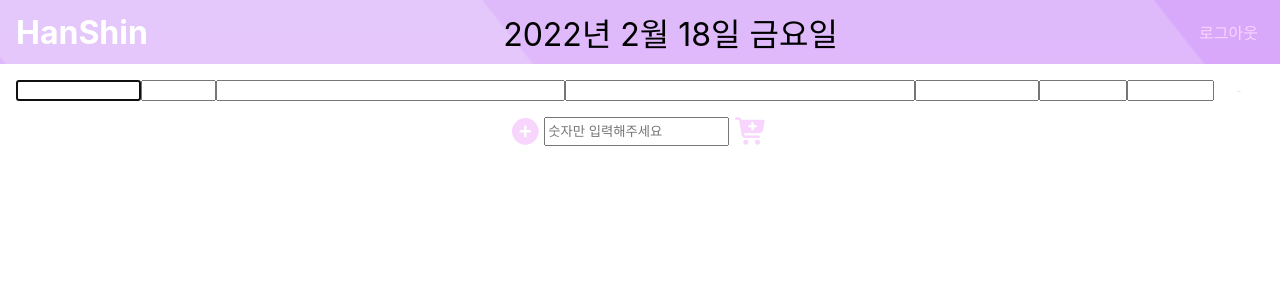
Repository: SeungYn/hanshinClient
Page: /add
The author's editor kept a copy of each file at every save. The page is drawn from the files as they stood at one save, then again after the next save.
The browser window is 1280 px wide. The pictures show the whole page.
The first visible `input` has the focus.
The project was rebuilt for these pictures with package versions that can differ from the ones it lists, and the page was loaded fresh each time. Also part of the build but not shown: src/App.css, src/components/item/item.jsx, src/components/package/package.module.css, src/components/package/package.jsx.

Above is the page before, as saved 2022-02-20 03:12:01.

### public/index.html
<!DOCTYPE html>
<html lang="en">
  <head>
    <meta charset="utf-8" />
    <link rel="icon" href="%PUBLIC_URL%/favicon.ico" />
    <meta name="viewport" content="width=device-width, initial-scale=1" />
    <meta name="theme-color" content="#000000" />
    <meta
      name="description"
      content="Web site created using create-react-app"
    />
  </head>
  <body>
    <div id="root"></div>
  </body>
</html>

### src/index.js
import React from 'react';
import ReactDOM from 'react-dom';
import './index.css';
import App from './App';
import { BrowserRouter } from 'react-router-dom';
ReactDOM.render(
  <React.StrictMode>
    <BrowserRouter>
      <App />
    </BrowserRouter>
  </React.StrictMode>,
  document.getElementById('root')
);

### src/index.css
html {
  height: 100%;
}
body {
  margin: 0;
  font-family: -apple-system, BlinkMacSystemFont, 'Segoe UI', 'Roboto', 'Oxygen',
    'Ubuntu', 'Cantarell', 'Fira Sans', 'Droid Sans', 'Helvetica Neue',
    sans-serif;
  -webkit-font-smoothing: antialiased;
  -moz-osx-font-smoothing: grayscale;
  height: 100%;
}
h1 {
  margin: 0;
}
code {
  font-family: source-code-pro, Menlo, Monaco, Consolas, 'Courier New',
    monospace;
}

* {
  box-sizing: border-box;
}
p,
h2 {
  margin: 0;
  padding: 0;
}

ul {
  list-style: none;
  margin: 0;
  padding: 0;
}

### src/App.jsx
import './App.css';
import Header from './components/header/header';
import Package from './components/package/package';
import { Route, Routes } from 'react-router-dom';
import AddBoxs from './addboxs/addBoxs';
function App() {
  return (
    <div className='app'>
      <Header />
      <Routes>
        <Route exact path='/' element={<Package />} />
        <Route exact path='/add' element={<AddBoxs />} />
      </Routes>
    </div>
  );
}

export default App;

### src/components/header/header.jsx
import React, { useEffect, useState } from 'react';
import styles from './header.module.css';

const Header = (props) => {
  const [date, setDate] = useState(new Date());
  const [month, setMonth] = useState('');
  const [year, setYear] = useState('');
  const [day, setDay] = useState('');
  const [dates, setDates] = useState('');

  useEffect(() => {
    setMonth(date.getMonth() + 1);
    switch (date.getDay()) {
      case 0:
        setDay('일');
        break;
      case 1:
        setDay('월');
        break;
      case 2:
        setDay('화');
        break;
      case 3:
        setDay('수');
        break;
      case 4:
        setDay('목');
        break;
      case 5:
        setDay('금');
        break;
      case 6:
        setDay('토');
        break;
    }
    setYear(date.getFullYear());
    setDates(date.getDate());
  }, [date, month, year, dates, day]);

  return (
    <header className={styles.header}>
      <h1 className={styles.title}>HanShin</h1>
      <p
        className={styles.day}
      >{`${year}년 ${month}월 ${dates}일 ${day}요일`}</p>
      <nav className={styles.menu}>
        <button className={styles.menu__item}>로그아웃</button>
      </nav>
    </header>
  );
};

export default Header;

### src/addboxs/addBoxs.jsx
import React, { useRef, useState } from 'react';
import styles from './addBoxs.module.css';
import { FontAwesomeIcon } from '@fortawesome/react-fontawesome';
import { faCirclePlus, faCartPlus } from '@fortawesome/free-solid-svg-icons';

const AddBoxs = (props) => {
  const [boxList, setBoxList] = useState([
    {
      date: '',
      kind: '',
      sender: '',
      receiver: '',
      receivedDate: '',
      position: '',
      name: '',
    },
  ]);

  const countRef = useRef();

  const onSubmit = (e) => {
    e.console.log(1);
  };

  const onChange = (event, index) => {
    const boxs = [...boxList];
    const name = event.currentTarget.name;
    const value = event.currentTarget.value;

    boxs[index][name] = value;
    setBoxList(boxs);

    // switch (name) {
    //   case 'date':
    //     boxs[index][name] = value;
    //     return setBoxList(boxs);
    //   case 'kind':
    //     boxs[index][name] = value;
    //     return setBoxList(boxs);
    //   case 'sender':
    //     boxs[index][name] = value;
    //     return setBoxList(boxs);
    //   case 'receiver':
    //     boxs[index][name] = value;
    //     return setBoxList(boxs);
    //   case 'receivedDate':
    //     boxs[index][name] = value;
    //     return setBoxList(boxs);
    //   case 'position':
    //     boxs[index][name] = value;
    //     return setBoxList(boxs);
    //   case 'name':
    //     boxs[index][name] = value;
    //     return setBoxList(boxs);
    // }
  };

  const onAdd = () => {
    countValidation();
    setBoxList([
      ...boxList,
      {
        date: '',
        kind: '',
        sender: '',
        receiver: '',
        receivedDate: '',
        position: '',
        name: '',
      },
    ]);
  };

  const onMultiAdd = () => {
    const count = countRef.current.value;
    const boxs = [...boxList];
    for (let i = 0; i < count; i++) {
      boxs.push({
        date: '',
        kind: '',
        sender: '',
        receiver: '',
        receivedDate: '',
        position: '',
        name: '',
      });
    }
    setBoxList(boxs);
  };

  const onRemove = (event, index) => {
    const boxs = [...boxList];
    boxs.splice(index, 1);
    setBoxList(boxs);
  };

  //count 검사
  const countValidation = () => {
    const count = countRef.current.value;
    console.log(countRef);
    if (!isNaN(count)) {
      console.log('숫자입니다');
    } else {
      countRef.current.style.borderColor = 'red';
      countRef.current.value = '';
      countRef.current.placeholder = '숫자만 입력해주세요';
    }
  };

  return (
    <section className={styles.addContainer}>
      <form onSubmit={onSubmit} className={styles.addForm}>
        {boxList.map((box, index) => {
          return (
            <div className={styles.items} key={index}>
              <input
                type='text'
                name='date'
                onChange={(event) => onChange(event, index)}
                value={box.date}
              />
              <input
                type='text'
                name='kind'
                onChange={(event) => onChange(event, index)}
                value={box.kind}
              />
              <input
                type='text'
                name='sender'
                onChange={(event) => onChange(event, index)}
                value={box.sender}
              />
              <input
                type='text'
                name='receiver'
                onChange={(event) => onChange(event, index)}
                value={box.receiver}
              />
              <input
                type='text'
                name='receivedDate'
                onChange={(event) => onChange(event, index)}
                value={box.receivedDate}
              />
              <input
                type='text'
                name='position'
                onChange={(event) => onChange(event, index)}
                value={box.position}
              />
              <input
                type='text'
                name='name'
                onChange={(event) => onChange(event, index)}
                value={box.name}
              />
              <button type='button' onClick={(event) => onRemove(event, index)}>
                -
              </button>
            </div>
          );
        })}
      </form>
      <div className={styles.bottomBtn}>
        <button className={styles.addBtn} onClick={onAdd}>
          <FontAwesomeIcon icon={faCirclePlus} size='2x' />
        </button>
        <input
          type='text'
          name='count'
          ref={countRef}
          placeholder='숫자만 입력해주세요'
        />
        <button className={styles.addBtn} onClick={onMultiAdd}>
          <FontAwesomeIcon icon={faCartPlus} size='2x' />
        </button>
      </div>
    </section>
  );
};

export default AddBoxs;

### src/components/header/header.module.css
header {
  background: no-repeat url('./backimg.png');
  background-size: cover;
  height: 4rem;
  display: flex;
  justify-content: space-between;
  align-items: center;
  padding: 0.1rem 1rem;
}

.title {
  color: white;
}
.day {
  font-size: 2rem;
}
.menu__item {
  border: 0;
  background: none;
  font-size: 1rem;
}

### src/addboxs/addBoxs.module.css
.addContainer {
  width: 100%;
  display: flex;
  flex-direction: column;
  align-items: center;
}

.addForm {
  width: 100%;
  padding: 1rem;
}

.items {
  display: grid;
  grid-template-columns: 10% 6% 28% 28% 10% 7% 7% 4%;
  align-items: center;
}

button {
  background-color: transparent;
  border: none;
  color: #f8d5fd;
}

.bottomBtn {
  display: flex;
}

.addBtn:hover {
  cursor: pointer;
  color: #e5a3ff;
}

.test {
  width: 112px;
}

### src/components/item/item.module.css
.items {
  display: grid;
  grid-template-columns: 10% 6% 30% 30% 10% 7% 7%;
  align-items: center;
  border: 1px solid black;
}

.items:hover {
  background-color: #fef6ff;
}

p {
  /* 크기를 넘기면 자동으로 줄바꿈 */
  text-align: center;
  overflow-wrap: break-word;
}

After the next save:
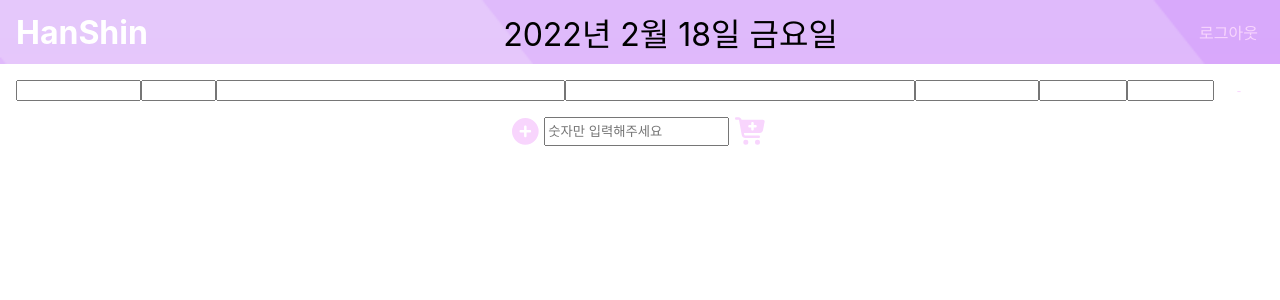
Saved 35 s later.
--- a/src/addboxs/addBoxs.module.css
+++ b/src/addboxs/addBoxs.module.css
@@ -1,3 +1,7 @@
+input:focus {
+  outline: none;
+}
+
 .addContainer {
   width: 100%;
   display: flex;
